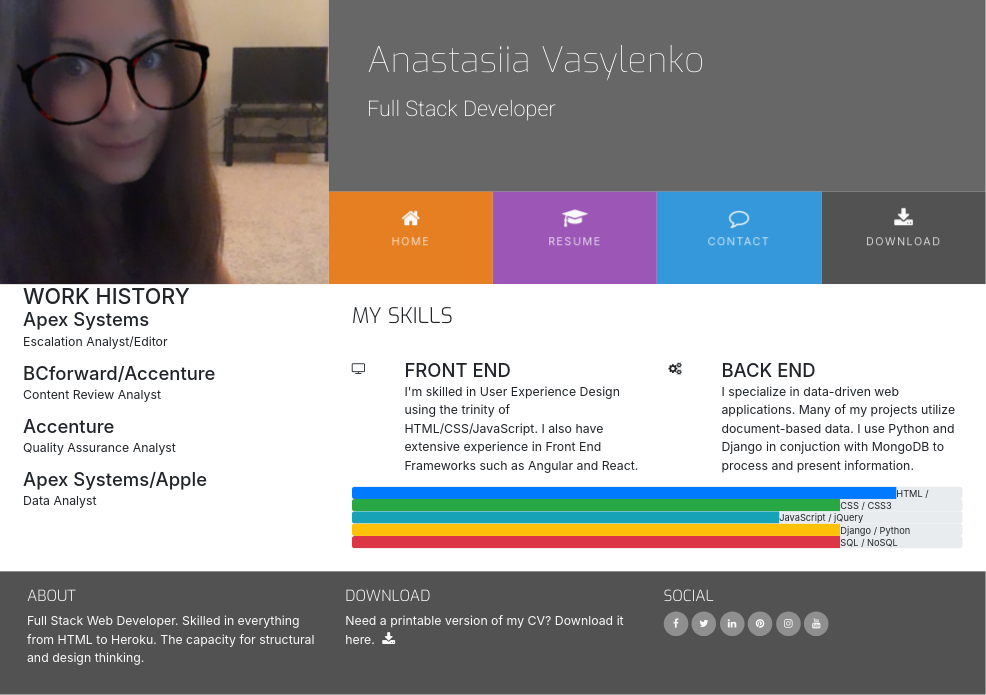
Repository: aavasylenko/myresume
Page: resume.html
The author's editor kept a record of every edit. The page is drawn from the files as they stood at one moment, then again after the next edit.
The browser window is 1280 px wide. The pictures show the whole page, at 77% of full size.

Above is the page before.

### resume.html
<!DOCTYPE html>
<html lang="en">

<head>
    <meta charset="UTF-8">
    <meta name="viewport" content="width=device-width, initial-scale=1.0">
    <meta http-equiv="X-UA-Compatible" content="ie=edge">
    <link rel="stylesheet" href="https://stackpath.bootstrapcdn.com/bootstrap/4.3.1/css/bootstrap.min.css" type="text/css" />
    <link rel="stylesheet" href="https://stackpath.bootstrapcdn.com/font-awesome/4.7.0/css/font-awesome.min.css" type="text/css" />
    <link rel="stylesheet" href="https://cdnjs.cloudflare.com/ajax/libs/hover.css/2.3.1/css/hover-min.css" type="text/css" />
    <link rel="stylesheet" href="assets/css/style.css" type="text/css" />
    <title>Rosie</title>
</head>

<body>
    <header>
        <div class='row no-gutters'>
            <a href="index.html" class="col-md-4 logo">

            </a>
            <div class='col-md-8'>
                <div class='row no-gutters bg-color-name-title'>
                    <div class='col heading'>
                        <h1 class='name'>Anastasiia Vasylenko</h1>
                        <h2 class='title'>Full Stack Developer</h2>
                    </div>
                </div>
                <div class="row no-gutters">
                    <div class="col">
                        <ul id="nav" class="list-inline menucontainer">
                            <li class="col-6 col-sm-3 ui-menu-color-home list-inline-item menuitem">
                                <a href="index.html" class="hvr-sweep-to-bottom"><i class="fa fa-home" aria-hdden="true"></i><span>Home</span></a>
                            </li>
                            <li class="col-6 col-sm-3 ui-menu-color-resume list-inline-item menuitem">
                                <a href="resume.html" class="hvr-sweep-to-bottom"><i class="fa fa-graduation-cap" aria-hdden="true"></i><span>Resume</span></a>
                            </li>
                            <li class="col-6 col-sm-3 ui-menu-color-contact list-inline-item menuitem">
                                <a href="contact.html" class="hvr-sweep-to-bottom"><i class="fa fa-comment-o" aria-hdden="true"></i><span>Contact</span></a>
                            </li>
                            <li class="col-6 col-sm-3 ui-menu-color-download list-inline-item menuitem">
                                <a href="#" class="hvr-sweep-to-bottom"><i class="fa fa-download" aria-hdden="true"></i><span>Download</span></a>
                            </li>
                        </ul>
                    </div>
                </div>
            </div>
        </div>
    </header>
    <section class="container-fluid">
        <div class="row">
            <div class="col-md-4 bg-color-work-history section-column">
                <div class="row">
                    <div class="col-12">
                        <h3 class="history-heading uppercase">Work History</h3>
                    </div>
                </div>
                <div class="timeline-item" data-dates="10/2016 - 10/2017">
                    <h4>Apex Systems</h4>
                    <p>Escalation Analyst/Editor</p>
                </div>
                <div class="timeline-item" data-dates="10/2017 - 06/2018">
                    <h4>BCforward/Accenture</h4>
                    <p>Content Review Analyst</p>
                </div>
                <div class="timeline-item" data-dates="06/2018 - 02/2019">
                    <h4>Accenture</h4>
                    <p>Quality Assurance Analyst</p>
                </div>
                <div class="timeline-item" data-dates="03/2019 - Present">
                    <h4>Apex Systems/Apple</h4>
                    <p>Data Analyst</p>
                </div>
            </div>
            <div class="col-md-8 bg-color-three-reasons section-column">
                <div class="row">
                    <div class="col">
                        <h3 class="section-heading uppercase">My skills</h3>
                    </div>
                </div>
                <div class="row">
                    <div class="col-10 offset-1 offset-sm-0 col-sm-4 col-md-6">
                        <div class="row">
                            <div class="col-2">
                                <i class="three-reasons-icon fa fa-tv" aria-hidden="true"></i>
                            </div>
                            <div class="col-10">
                                <h4 class="three-reasons-heading uppercase">Front End</h4>
                                <p>
                                    I'm skilled in User Experience Design using the trinity of HTML/CSS/JavaScript. I also have extensive experience in Front End Frameworks such as Angular and React.
                                </p>
                            </div>
                        </div>
                    </div>
                    <div class="col-10 offset-1 offset-sm-0 col-sm-4 col-md-6">
                        <div class="row">
                            <div class="col-2">
                                <i class="three-reasons-icon fa fa-gears" aria-hidden="true"></i>
                            </div>
                            <div class="col-10">
                                <h4 class="three-reasons-heading uppercase">Back End</h4>
                                <p>
                                    I specialize in data-driven web applications. Many of my projects utilize document-based data. I use Python and Django in conjuction with MongoDB to process and present information.
                                </p>
                            </div>
                        </div>
                    </div>
                </div>
                <div class="row progress-section">
                    <div class="col">
                        <div class="progress">
                            <div class="progress-bar" role="progressbar" aria-valuenow="90" aria-valuemin="0" aria-valuemax="100" style="width:90%;">
                                <span class="sr-only">90% complete</span>
                            </div>
                            <span class="progress-type">HTML / HTML5</span>
                        </div>
                        <div class="progress">
                            <div class="progress-bar bg-success" role="progressbar" aria-valuenow="80" aria-valuemin="0" aria-valuemax="100" style="width:80%;">
                                <span class="sr-only">80% complete</span>
                            </div>
                            <span class="progress-type">CSS / CSS3</span>
                        </div>
                        <div class="progress">
                            <div class="progress-bar bg-info" role="progressbar" aria-valuenow="70" aria-valuemin="0" aria-valuemax="100" style="width:70%;">
                                <span class="sr-only">70% complete</span>
                            </div>
                            <span class="progress-type">JavaScript / jQuery</span>
                        </div>
                        <div class="progress">
                            <div class="progress-bar bg-warning" role="progressbar" aria-valuenow="80" aria-valuemin="0" aria-valuemax="100" style="width:80%;">
                                <span class="sr-only">80% complete</span>
                            </div>
                            <span class="progress-type">Django / Python</span>
                        </div>
                        <div class="progress">
                            <div class="progress-bar bg-danger" role="progressbar" aria-valuenow="80" aria-valuemin="0" aria-valuemax="100" style="width:80%;">
                                <span class="sr-only">80% complete</span>
                            </div>
                            <span class="progress-type">SQL / NoSQL</span>
                        </div>
                    </div>
                </div>
            </div>
        </div>

    </section>
    <footer class="container-fluid">
        <div id="footer-details" class="row">
            <div class="col-sm-4">
                <h5 class="uppercase general-sub">About</h5>
                <p class='inline-block'>
                    Full Stack Web Developer. Skilled in everything from HTML to Heroku. The capacity for structural and design thinking.
                </p>
            </div>
            <div class="col-sm-4">
                <h5 class="uppercase general-sub">Download</h5>
                <p class='inline-block'>
                    Need a printable version of my CV? Download it here.
                    <a href='#' target="_blank" class="cv-pdf">
                        <i class="fa fa-download" aria-hidden='true'></i>
                        <span class='sr-only'>Download link.</span>
                    </a>
                </p>
            </div>
            <div class="col-sm-4">
                <h5 class="uppercase general-sub">Social</h5>
                <ul class='list-inline social-links'>
                    <li class='list-inline-item'>
                        <a target='_blank' href="#">
                            <i class="fa fa-facebook" aria-hidden='true'></i>
                            <span class='sr-only'>Facebook</span>
                        </a>
                    </li>
                    <li class='list-inline-item'>
                        <a target='_blank' href="#">
                            <i class="fa fa-twitter" aria-hidden='true'></i>
                            <span class='sr-only'>Twitter</span>
                        </a>
                    </li>
                    <li class='list-inline-item'>
                        <a target='_blank' href="#">
                            <i class="fa fa-linkedin" aria-hidden='true'></i>
                            <span class='sr-only'>LinkedIn</span>
                        </a>
                    </li>
                    <li class='list-inline-item'>
                        <a target='_blank' href="#">
                            <i class="fa fa-pinterest" aria-hidden='true'></i>
                            <span class='sr-only'>Pinterest</span>
                        </a>
                    </li>
                    <li class='list-inline-item'>
                        <a target='_blank' href="#">
                            <i class="fa fa-instagram" aria-hidden='true'></i>
                            <span class='sr-only'>Instagram</span>
                        </a>
                    </li>
                    <li class='list-inline-item'>
                        <a target='_blank' href="#">
                            <i class="fa fa-youtube" aria-hidden='true'></i>
                            <span class='sr-only'>YouTube</span>
                        </a>
                    </li>
                </ul>
            </div>
        </div>

    </footer>
</body>

</html>

### assets/css/style.css
@import url('https://fonts.googleapis.com/css?family=Roboto:100,200,300,400,500,600,700|Exo:100,200,300,400,500,600,700');

/*----------------------------Colors */

.bg-color-name-title {
    background-color: #676767;
}

.bg-color-three-reasons {
    background-color: #fff;

}

.ui-menu-color-home {
    background-color: #e67e22;
}

.ui-menu-color-resume {
    background-color: #9b56b6;
}

.ui-menu-color-contact {
    background-color: #3498db;
}

.ui-menu-color-download {
    background-color: #525252;
}

/*----------------------------Special paddings/margins/text */

h1,
h2,
h3,
h4 {
    margin: 0;
}

.uppercase {
    text-transform: uppercase;
}

.general-sub {
    font-family: "Exo", sans-serif;
    font-weight: 300;
    color: #fafafa;
}

.inline-block {
    display: inline-block;
}

.row-table {
    display: table;
}

.section-column {
    display: table-cell;
    padding: 0 30px 30px;
    float: none;
}

.section-heading {
    font-family: "Exo", sans-serif;
    font-weight: 300;
    margin-top: 25px;
    margin-bottom: 40px;
}

/*----------------------------Heading */

header {
    margin: 0;
}

.heading {
    margin-left: 50px;
}

.logo {
    background: url("../images/avatar.jpg");
    background-position: center;
    background-repeat: no-repeat;
    background-size: cover;
    min-height: 360px;
    transition: all .5s ease-in-out;
    -moz-transition: all .5s ease-in-out;
    -webkit-transition: all .5s ease-in-out;
}

.name {
    font-family: "Exo", sans-serif;
    font-weight: 100;
    font-size: 46px;
    margin-top: 50px;
    color: #fff;
}

.title {
    font-family: "Roboto", sans-serif;
    font-weight: 200;
    font-size: 28px;
    margin-top: 20px;
    margin-bottom: 90px;
    color: #fff;
}

.list-inline-item:not(:last-child) {
    margin: 0;
}

.menucontainer {
    font-size: 0;
}

#nav {
    margin: 0;
}

#nav li {
    font-size: 14px;
    padding: 0;
}

.menuitem {
    height: 120px;
    text-align: center;
    padding: 0;
}

.menuitem a {
    width: 100%;
    text-decoration: none;
    color: #fff;
    height: 120px;
}

.menuitem a i {
    padding-top: 22px;
    display: block;
    color: #fafafa;
    font-size: 26px;
}

.menuitem span {
    display: block;
    width: 100%;
    padding-top: 5px;
    text-align: center;
    text-transform: uppercase;
    font-size: 14px;
    font-weight: 300;
    letter-spacing: 2px;
}

/*----------------------------Hover.css */

.hvr-sweep-to-bottom:before {
    background-color: rgba(0, 0, 0, 0.2);
    height: 120px;
}

/*----------------------------Footer */

footer {
    background-color: #525252;
    color: #fafafa;
    min-height: 120px;
    margin: 0;
}

.cv-pdf i {
    font-size: 18px;
    color: #fafafa;
    text-align: center;
    padding-left: 5px;
    transition: all 0.35s ease-in-out;
    -moz-transition: all 0.35s ease-in-out;
    -webkit-transition: all 0.35s ease-in-out;
    -o-transition: all 0.35s ease-in-out;
}

.cv-pdf i:hover {
    color: #e84610;
}

.social-links {
    padding-bottom: 15px;
}

.social-links li a i {
    width: 32px;
    height: 32px;
    padding: 12px 0;
    border-radius: 50%;
    font-size: 13px;
    line-height: 7px;
    text-align: center;
    color: #fafafa;
    background: #8f8f8f;
    transition: all 0.35s ease-in-out;
    -moz-transition: all 0.35s ease-in-out;
    -webkit-transition: all 0.35s ease-in-out;
    -o-transition: all 0.35s ease-in-out;
}

.social-links li a i:hover {
    background: #e84610;
}

#footer-details {
    padding: 20px;
}

After the next edit:
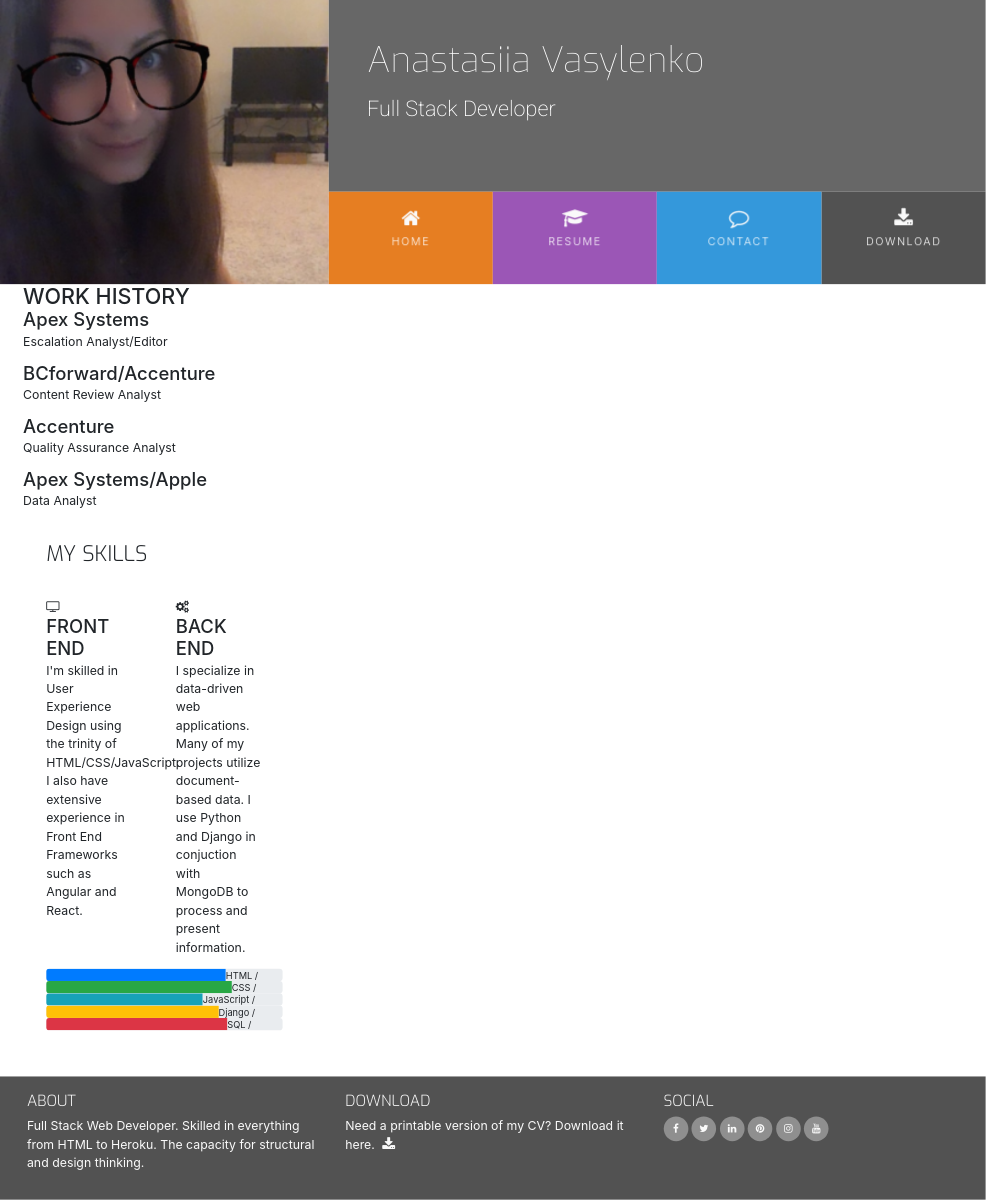
The edit:
--- a/resume.html
+++ b/resume.html
@@ -54,6 +54,7 @@
                         <h3 class="history-heading uppercase">Work History</h3>
                     </div>
                 </div>
+                <div class="history-timeline">
                 <div class="timeline-item" data-dates="10/2016 - 10/2017">
                     <h4>Apex Systems</h4>
                     <p>Escalation Analyst/Editor</p>

After the edit that followed:
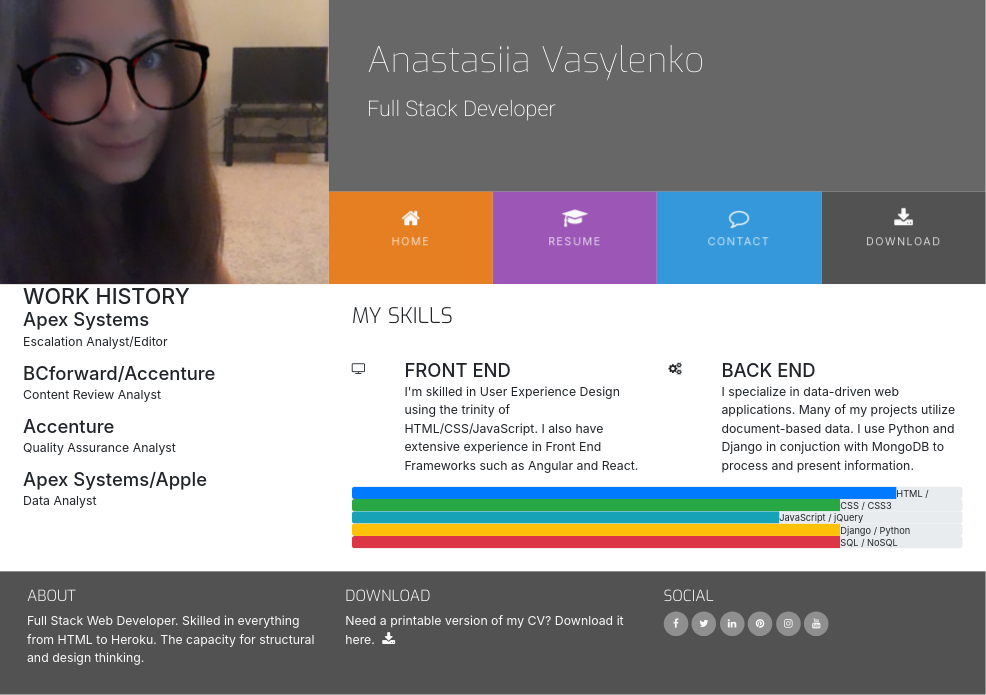
The edit:
--- a/resume.html
+++ b/resume.html
@@ -54,22 +54,23 @@
                         <h3 class="history-heading uppercase">Work History</h3>
                     </div>
                 </div>
-                <div class="history-timeline">
-                <div class="timeline-item" data-dates="10/2016 - 10/2017">
-                    <h4>Apex Systems</h4>
-                    <p>Escalation Analyst/Editor</p>
-                </div>
-                <div class="timeline-item" data-dates="10/2017 - 06/2018">
-                    <h4>BCforward/Accenture</h4>
-                    <p>Content Review Analyst</p>
-                </div>
-                <div class="timeline-item" data-dates="06/2018 - 02/2019">
-                    <h4>Accenture</h4>
-                    <p>Quality Assurance Analyst</p>
-                </div>
-                <div class="timeline-item" data-dates="03/2019 - Present">
-                    <h4>Apex Systems/Apple</h4>
-                    <p>Data Analyst</p>
+                <div class="history-items">
+                    <div class="timeline-item" data-dates="10/2016 - 10/2017">
+                        <h4>Apex Systems</h4>
+                        <p>Escalation Analyst/Editor</p>
+                    </div>
+                    <div class="timeline-item" data-dates="10/2017 - 06/2018">
+                        <h4>BCforward/Accenture</h4>
+                        <p>Content Review Analyst</p>
+                    </div>
+                    <div class="timeline-item" data-dates="06/2018 - 02/2019">
+                        <h4>Accenture</h4>
+                        <p>Quality Assurance Analyst</p>
+                    </div>
+                    <div class="timeline-item" data-dates="03/2019 - Present">
+                        <h4>Apex Systems/Apple</h4>
+                        <p>Data Analyst</p>
+                    </div>
                 </div>
             </div>
             <div class="col-md-8 bg-color-three-reasons section-column">
